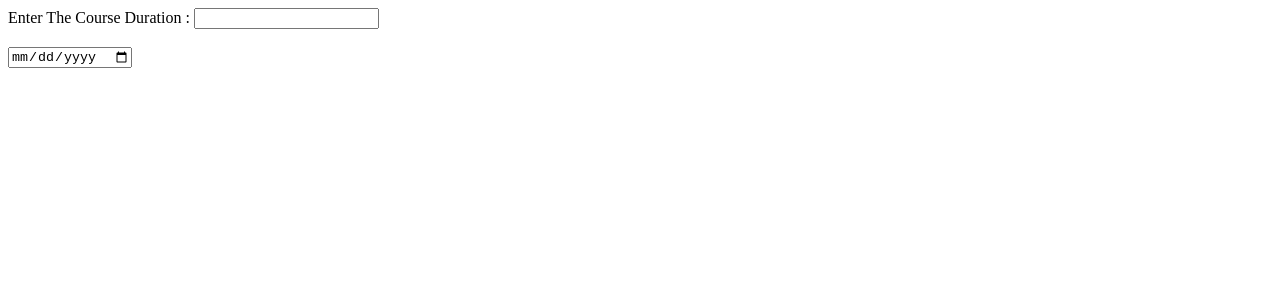
Repository: Gauravsh20/CollegeProject
Page: http://localhost/Clg_project/Add_Courses.jsp
An editor plug-in stored every save of this project. The page is shown before and after the next save, followed by the edit.
The browser window is 1280 px wide. The pictures show the whole page.
The page is served by Tomcat 9.

Above is the page before, as saved 2022-10-25 04:59:28.

After the next save:
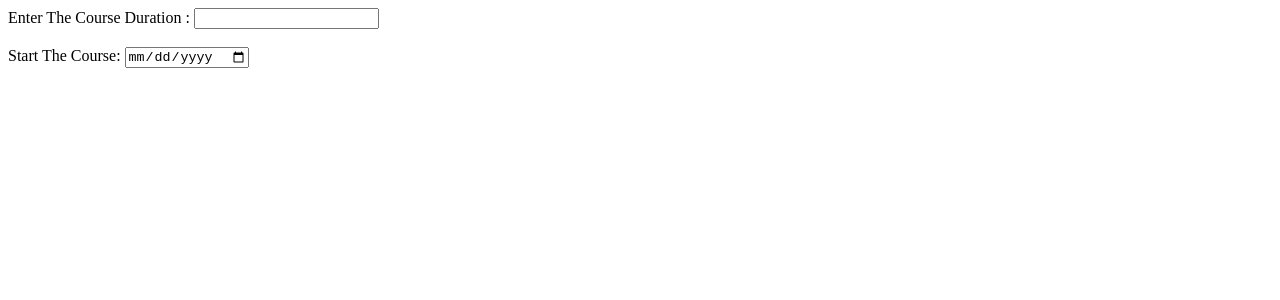
Saved 10 s later.
--- a/Clg_project/src/main/webapp/Add_Courses.jsp
+++ b/Clg_project/src/main/webapp/Add_Courses.jsp
@@ -10,6 +10,7 @@
 <body>
 Enter The Course Duration :
 <input type="number" name="courseno"/><br/><br/>
+Start The Course:
 <input type="Date" name="startDate"/><br/><br/>
 </body>
 </html>
